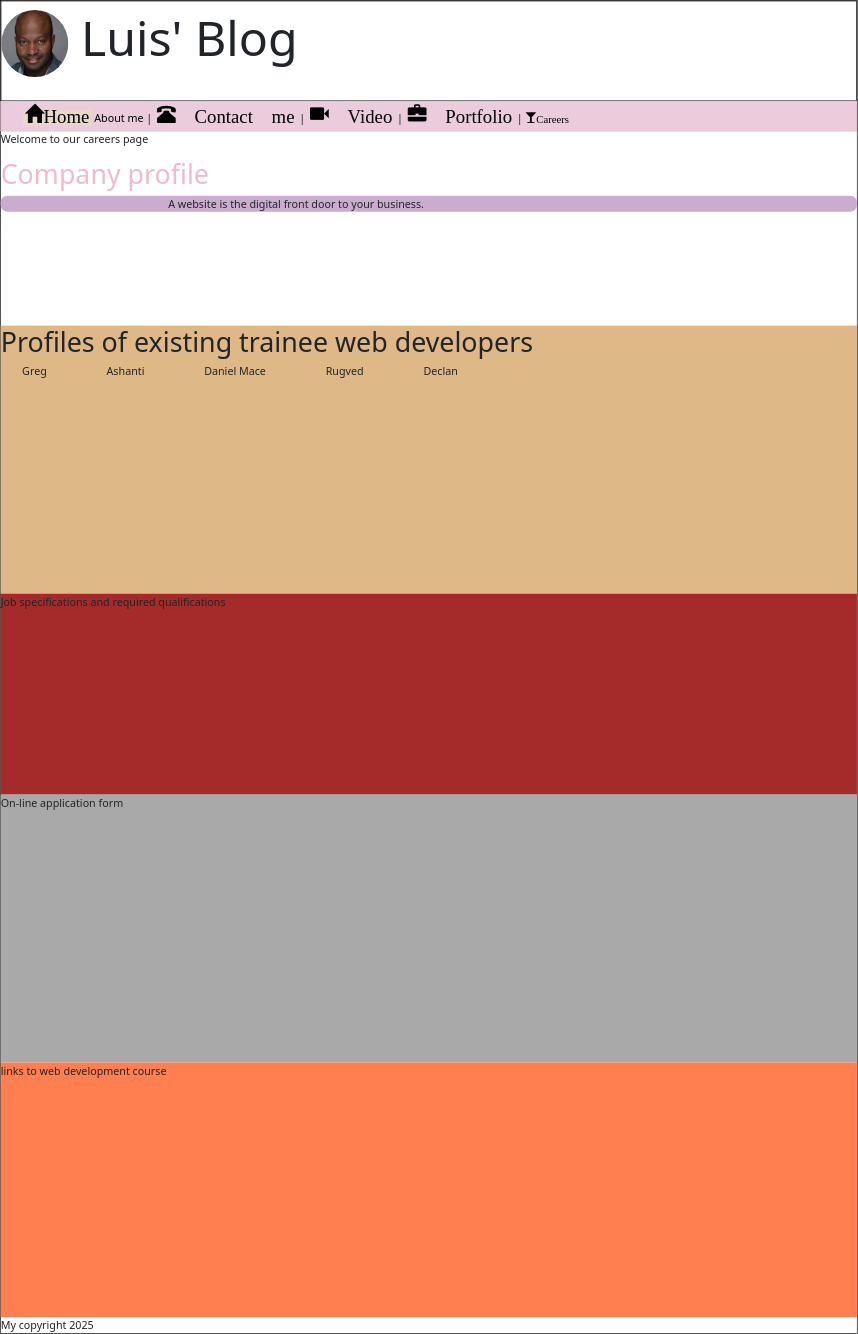
Repository: wduluis/wduluis.github.io
Page: careers.html
The author's editor kept a copy of each file at every save. The page is drawn from the files as they stood at one save, then again after the next save.
The browser window is 1280 px wide. The pictures show the whole page, at 67% of full size.

Above is the page before, as saved 2025-05-09 12:22:01.

### careers.html
<!doctype html>
<html lang="en-GB">

<head>
<meta charset="utf-8" />
<meta name="viewport" content="width=width-device, initial-scale=1 strink-to-fit=no" />
<meta description="Website development, Web design" />
<title>Luis's Blog </title>
<link rel="stylesheet" type="text/css" href="mycss/myblog.css" />
<script type="text/javascript" src="myjsfiles/mytasks.js"/> </script>

<link rel="stylesheet" type="text/css" href="my_bootstrap/css/bootstrap.min.css" />

<link rel="stylesheet" type="text/css" href="glyphicons-only-bootstrap/css/bootstrap.min.css" />

<script type="text/javascript" src="my_bootstrap/js/bootstrap.min.js" /> </script>

<script type="text/javascript" src="my_jquery/jquery-3.7.1.min.js" /> </script>




</head>
<body>
<div id="mypage">
<div id="banner"> <img src="images/luis_photo.jpg" alt="photo of Luis Ibhiabor" width="100" height="100"/> Luis' Blog</div>
<div id="topnav">
<ul>
<li class="hm"> <a href="index.html" class="glyphicon glyphicon-home gi-2x">Home</a></li>
<li> <a href="aboutus.html"> About me </a> </li> |
<li> <a href="contacts.html" class="glyphicon glyphicon-phone-alt gi-2x"> Contact me </a> </li> |
<li> <a href="video.html" class="glyphicon glyphicon glyphicon-facetime-video gi-2x"> Video </a> </li> |
<li> <a href="portfolio.html" class="glyphicon glyphicon glyphicon-briefcase gi-2x"> Portfolio </a> </li> |
<li> <a href="careers.html" class="glyphicon glyphicon-glass g1-2x">Careers</a></li>

</ul>
</div>

<div id="contentarea">
<p> Welcome to our careers page</p>

<div class="company_profile">
    <h1>Company profile</h1>
    <p id="pp1">A website is the digital front door to your business.</p>
    <p class="pp2">A new website accompanied by online marketing is an investment.</p>


</div>

<div class="current_trainees"><h1>Profiles of existing trainee web developers</h1>
<ul>
    <li class="name">Greg</li>
    <li class="name">Ashanti</li>
    <li class="name">Daniel Mace</li>
    <li class="name">Rugved</li>
    <li class="name">Declan</li>
</ul>


</div>

<div class="job_spec"><p>Job specifications and required qualifications</p></div>
<div class="application_form"><p>On-line application form</p></div>

<div class="our_courses"><p>links to web development course</p></div>

 </div>

<div id="pagefooter"> My copyright 2025 </div>

</div>
</body>
</html>

### mycss/myblog.css

body {
background-color: #fff;
font-family: Arial, Helvetica, sans-serif;
}

#mypage {
border: 1px solid #000;
/* width: 1400px; */
width: 100%;
}

#banner {
height: 150px;
border: 1px solid #000;
}

#topnav {
height: 45px;
border: 1px solid #edbcca;
}

/*Improving it starts here*/
#topnav {
background-color: #eaccdc;

}

.gi-2x{font-size: 28px; padding: 3px;}
.gi-3x{font-size: 3em;}
.gi-4x{font-size: 4em;}
.gi-5x{font-size: 5em;}


#banner img {
border-radius: 50%;

/*height: 100px; width: 100px; background-color: #ff5733; margin: auto;*/
}

/*Improving it ends here*/


#topnav ul li{
text-decoration: none;
display: inline;
}

#topnav a:link {
text-decoration: none;
color: #000;
}

#topnav a:visited {
color: #caadce;
}

#topnav a:hover {
background-color: #000;
}

#contentarea {
height: auto;
/* height: 700px; */

}


#banner {
font-size: 450%;

}

.hm {
height: 25px;
background-color: #e8d8c8;
}




/*
#topnav ul li {
text-decoration: none;
display: inline;

}

https://developers.google.com/fonts/docs/getting_started

#mypage {


border: 1px solid #000;
}

*/

.company_profile {
    width: 100%;
    height: 250px;
    /* background-color: #c8def2; */
    /* border-radius: 8px;
    margin: 10px; */
}

.current_trainees {
    width: 100%;
    height: 400px;
    background-color:burlywood;
}

.job_spec {
    width: 100%;
    height: 300px;
    background-color:brown;
}

.application_form {
    width: 100%;
    height: 400px;
    background-color:darkgray;
}

.our_courses {
    width: 100%;
    height: 380px;
    background-color: coral;
}

.current_trainees ul li{
    display: inline;
    margin-right: 85px;
}

.company_profile h1 {
    color: #edbcca;
}

.company_profile #pp1 {
     padding-left: 250px;
     border-radius: 10px;
     background-color: #caadce;
}

.company_profile .pp2 {
    color: #fff;
    padding-left: none !important;
}

### myjsfiles/mytasks.js
/*
document.write("Hello World!");
window.alert("Welcome to my blog!");
*/

Loaded but not shown: my_bootstrap/css/bootstrap.min.css (library); glyphicons-only-bootstrap/css/bootstrap.min.css (library); my_bootstrap/js/bootstrap.min.js (library); my_jquery/jquery-3.7.1.min.js (library)

After the next save:
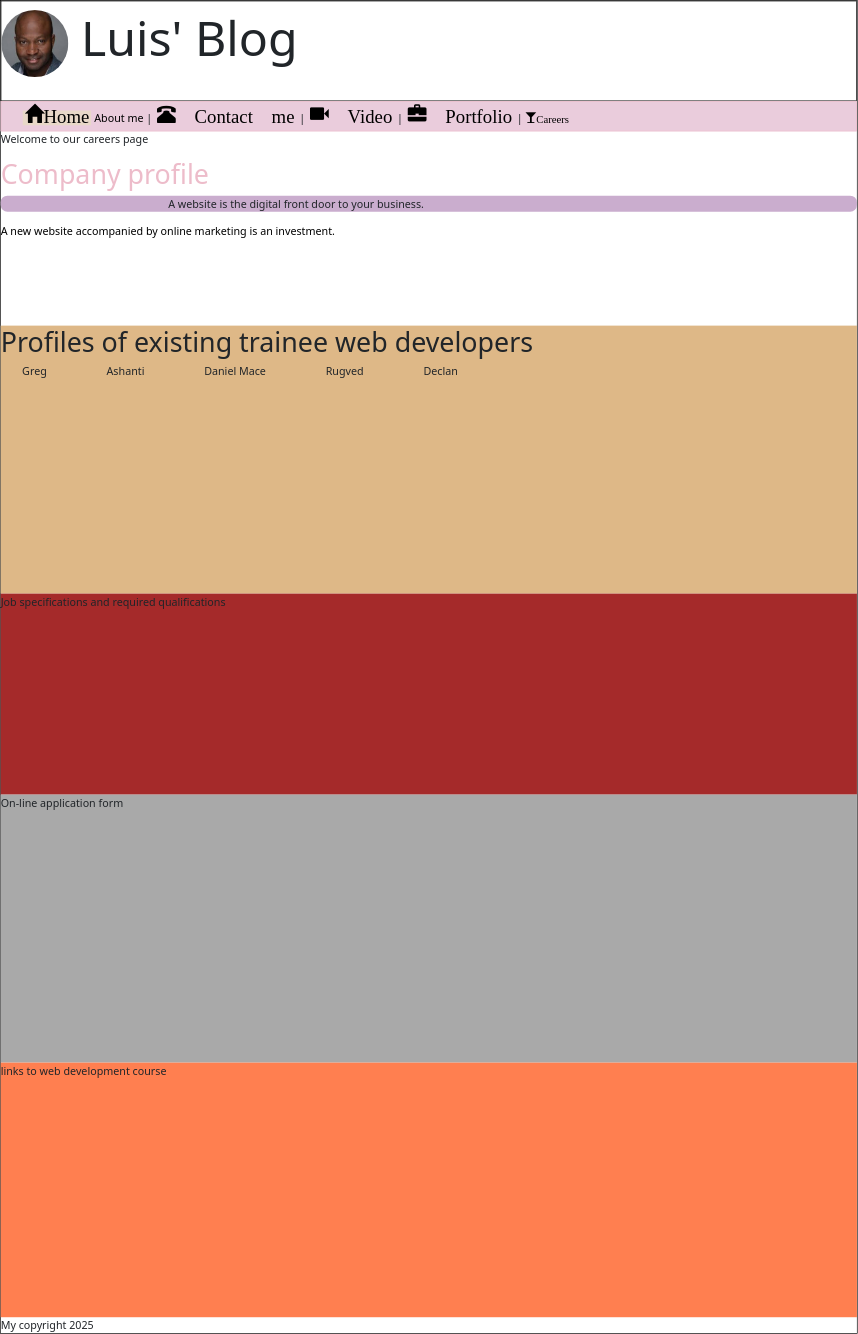
Saved 15 s later.
--- a/mycss/myblog.css
+++ b/mycss/myblog.css
@@ -144,6 +144,6 @@ border: 1px solid #000;
 }
 
 .company_profile .pp2 {
-    color: #fff;
+    color: #000;
     padding-left: none !important;
 }
